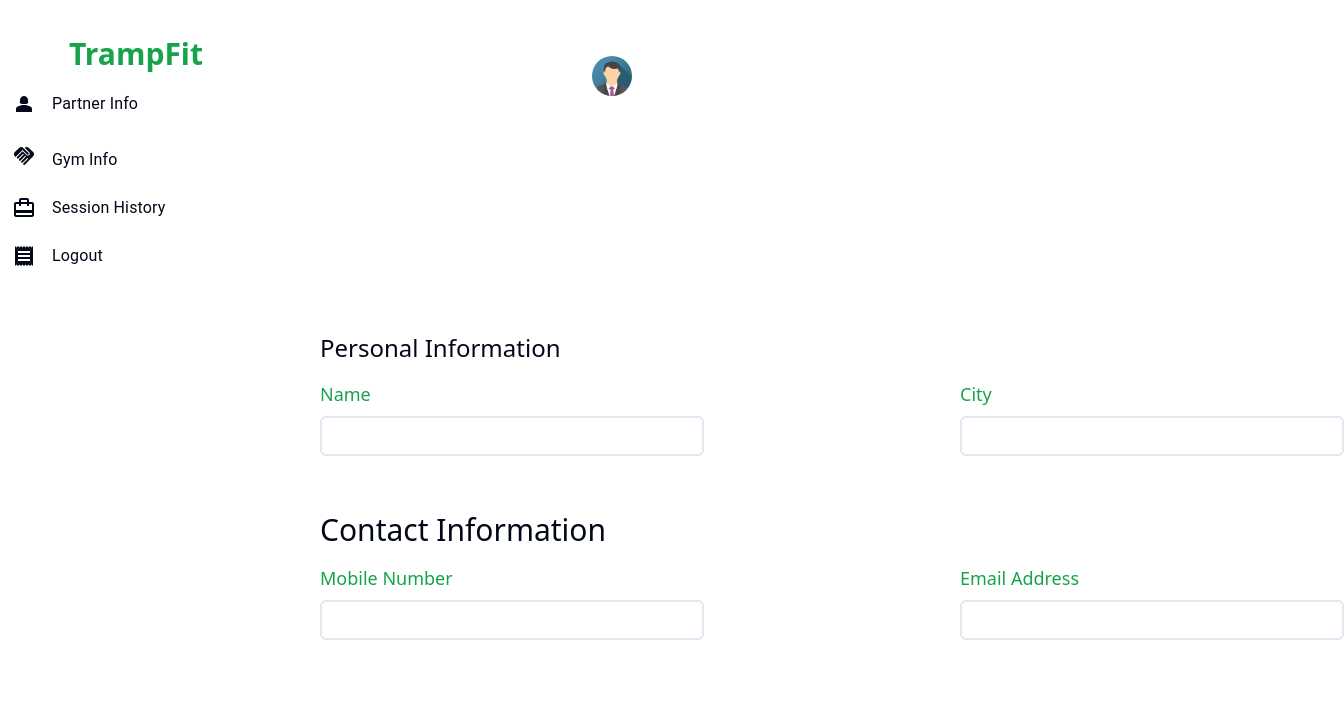
Repository: ezioxatul/TrampFit-Website
Page: /partner/partnerDashboard/partnerInfo (app in Frontend/)
The author's editor kept a copy of each file at every save. The page is drawn from the files as they stood at one save, then again after the next save.
The browser window is 1280 px wide. The page is 1344 px wide, so the pictures cover 1344 px, including what lies to the right of the window. The pictures show the whole page.
The project was rebuilt for these pictures with package versions that can differ from the ones it lists, and the page was loaded fresh each time. The framework's server and built-in components were replaced by stand-ins that run in the browser. Also part of the build but not shown: Frontend/next.config.js, Frontend/next.config.mjs, Frontend/components/Loader.js, Frontend/components/Popup.js.

Above is the page before, as saved 2024-05-16 17:46:20.

After the next save:
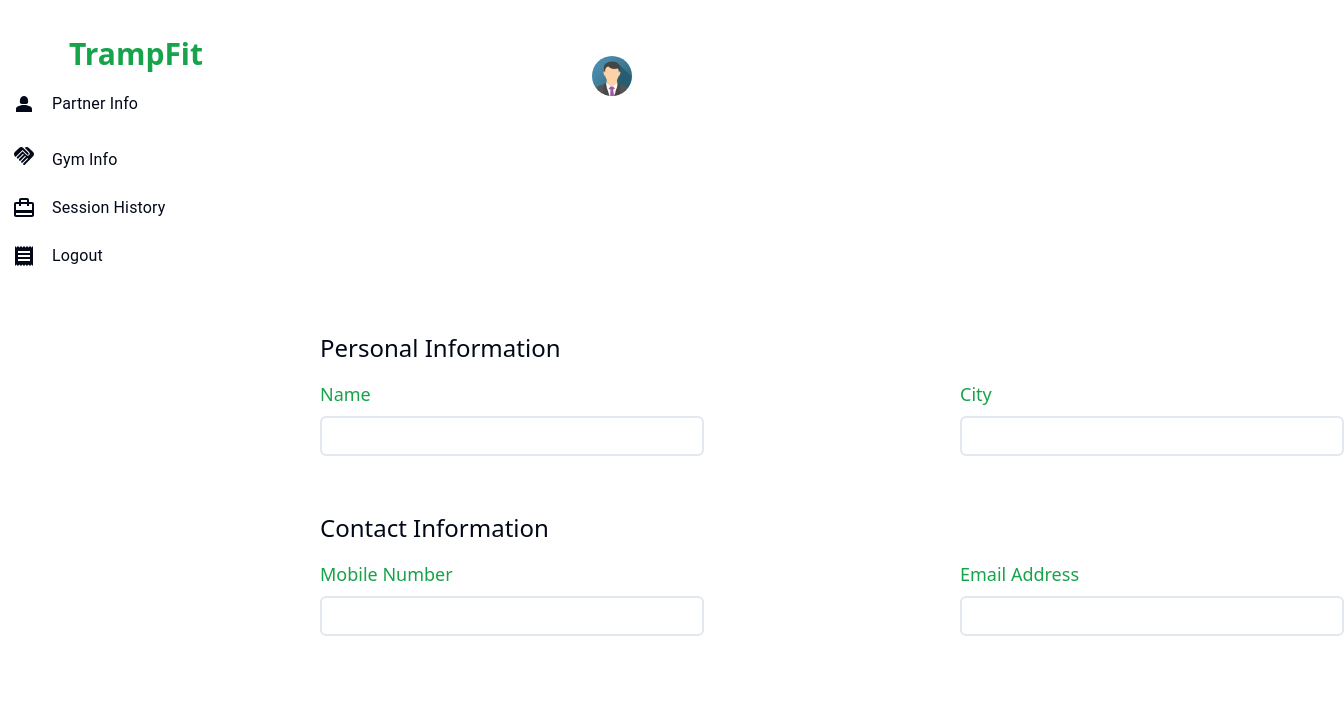
Saved 19 s later.
--- a/Frontend/pages/partner/partnerDashboard/partnerInfo.js
+++ b/Frontend/pages/partner/partnerDashboard/partnerInfo.js
@@ -38,7 +38,7 @@ export default function partnerInfo() {
                     </div>
                 </div>
                 <div>
-                    <h1 className={`${containerClassName} text-3xl mb-4 mt-4`}>Contact Information</h1>
+                    <h1 className={`${containerClassName} text-2xl mb-4 mt-4`}>Contact Information</h1>
                     <div className={`${containerClassName} flex mb-10`}>
                         <div className="mr-32 space-y-2">
                             <Label htmlFor="name" className={labelClassName}>
